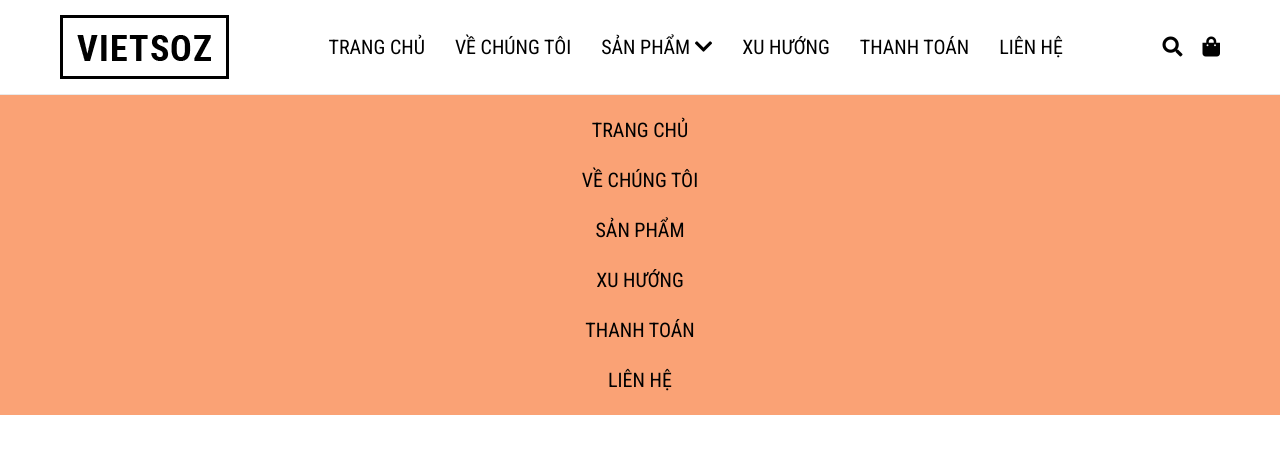
Repository: vinhtk0209/Vietsoz-reponsive
Page: index.html
The author's editor kept a copy of each file at every save. The page is drawn from the files as they stood at one save, then again after the next save.
The browser window is 1280 px wide. The pictures show the whole page.

Above is the page before, as saved 2021-10-23 17:46:09.

After the next save:
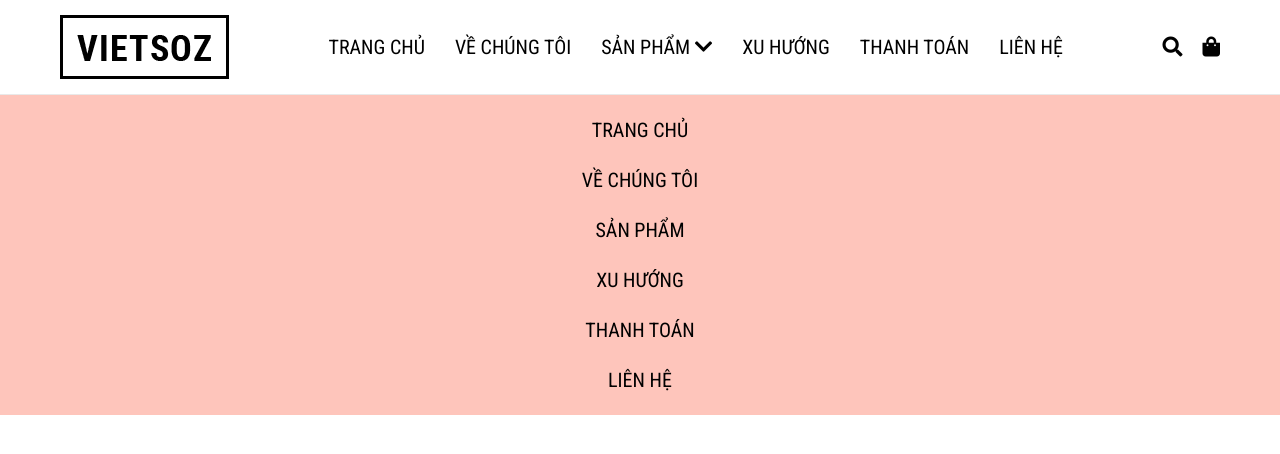
Saved 37 s later.
--- a/assets/css/main.css
+++ b/assets/css/main.css
@@ -72,7 +72,7 @@ h4 {
     /* display: none; */
     position: absolute;
     top: 58%;
-    background-color: #FAA275;
+    background-color: #fec5bb   ;
     width: 100%;
     left: 0;
     text-align: center;
